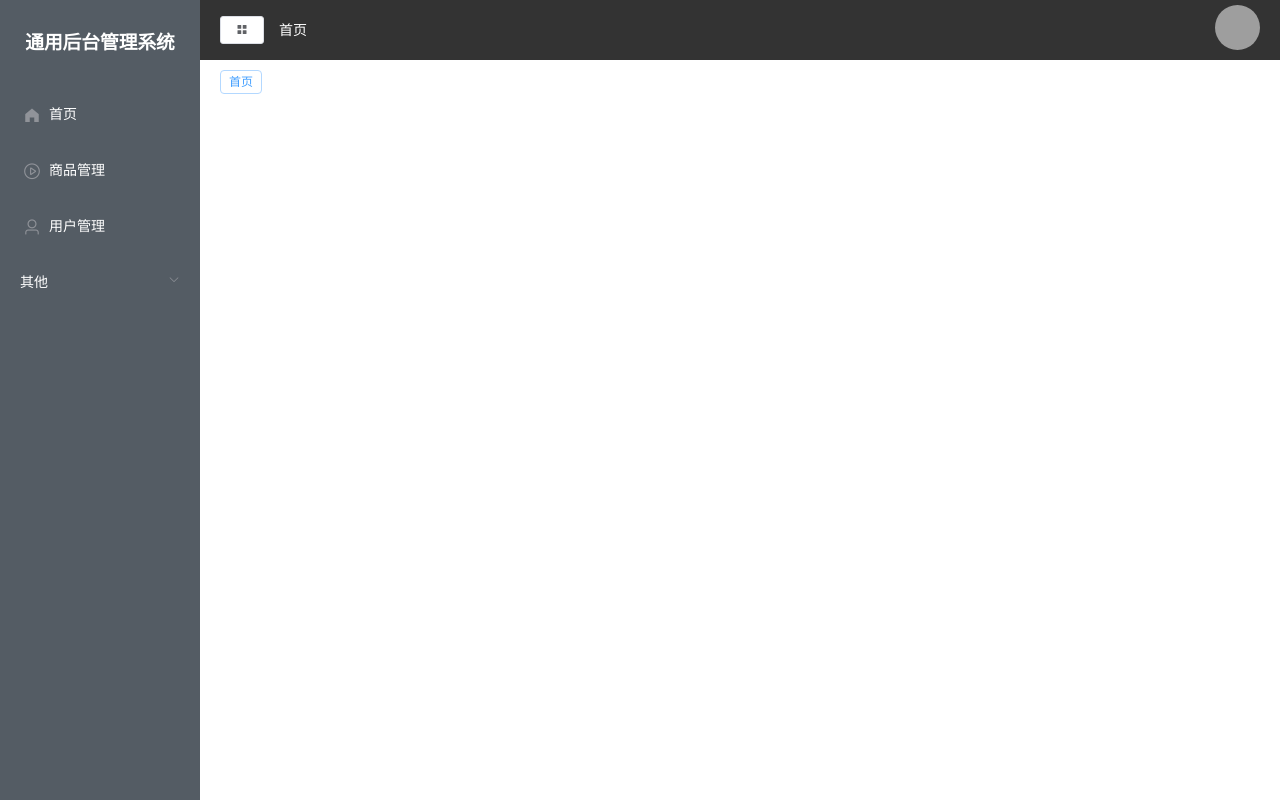
Repository: zhangwen001208/cmd
Page: /user
An editor plug-in stored every save of this project. The page is shown before and after the next save, followed by the edit.
The browser window is 1280 px wide. The pictures show the whole page.
Pictures or frames that could not be fetched are drawn as grey boxes. The project was rebuilt for these pictures with package versions that can differ from the ones it lists, and the page was loaded fresh each time. Also part of the build but not shown: vue.config.js.

Above is the page before, as saved 2022-08-31 10:06:59.

After the next save:
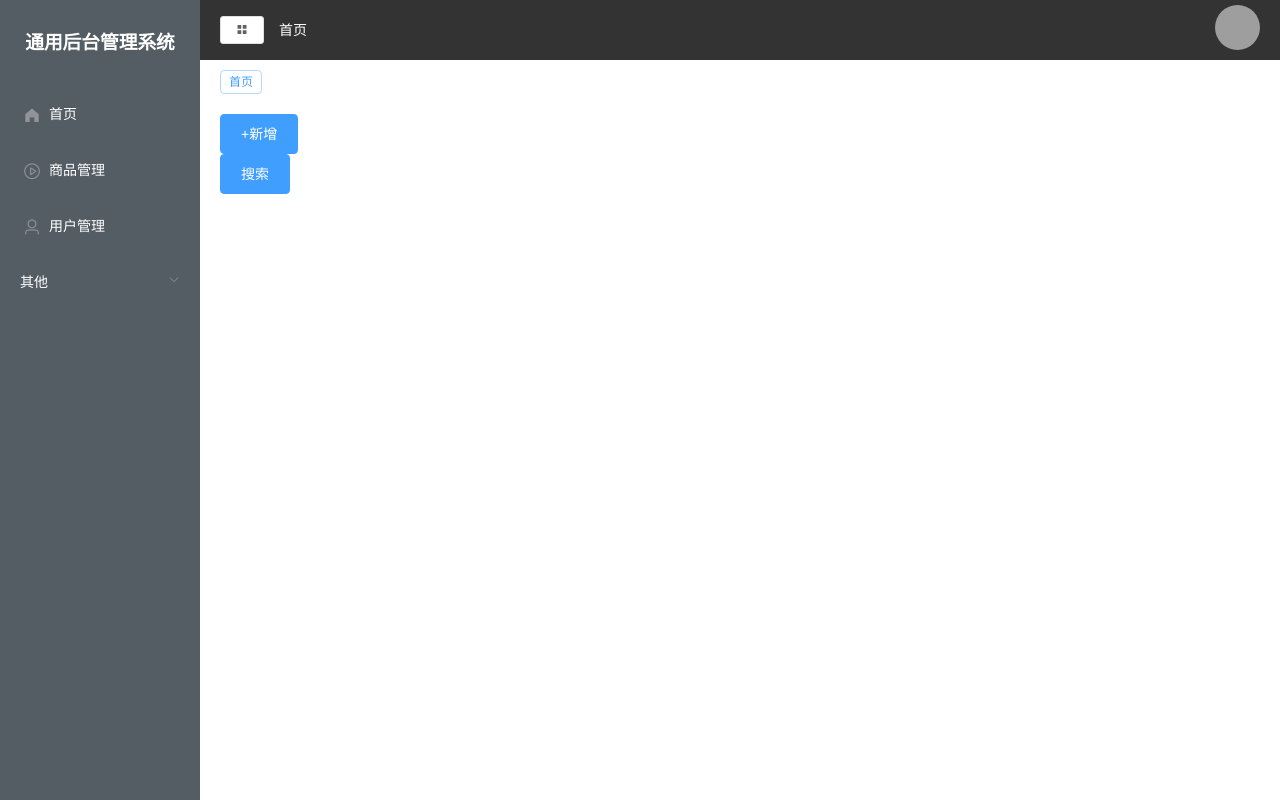
Saved 19 min 59 s later.
--- a/src/views/user/user.vue
+++ b/src/views/user/user.vue
@@ -1,13 +1,117 @@
 <!-- eslint-disable vue/multi-word-component-names -->
 <template>
     <div class="manage">
+        <el-dialog
+         :title="operateType === 'add' ? '新增用户': '更新用户'"
+        :visible.sync= 'isShow'>
+        <common-form
+        :FormLabel="opertateFormLabel"
+        :form="operateform"
+        :inline="true"
+        ref="form">
+        </common-form>
+        <div slot="footer" class="dialog-fotter">
+            <el-button @click="isShow = false">取消</el-button>
+            <el-button type="primary" @click="confirm">确定</el-button>
+        </div>
+        </el-dialog>
+        <div class="mange-header">
+            <el-button type="primary" @click="addUser">+新增</el-button>
+            <common-form
+            :FormLabel="formLabel"
+            :form="searchFrom"
+            :inline="true"
+            ref="form"
+            >
+            <el-button type="primary" @click="getList">搜索</el-button>
+            </common-form>
+
+        </div>
 
 
     </div>
 </template>
 
 <script>
+import commonForm from '../../components/commonForm.vue'
     export default {
+        components: {
+            commonForm
+        },
+        data() {
+            return {
+                operateType: 'add',
+                isShow: false,
+                opertateFormLabel: [
+                    {
+                        model: 'name',
+                        label: '姓名',
+                        type: 'input'
+                    },
+                    {
+                        model: 'age',
+                        label: '年龄',
+                        type: 'input'
+                    },
+                    {
+                        model: 'sex',
+                        label: '性别',
+                        type: 'select',
+                        opts: [
+                            {
+                                label: '男',
+                                value: 1
+                            },
+                            {
+                                label: '女',
+                                value: 0
+
+                                    }
+                                ]
+                            },
+                            {
+                                model: 'birth',
+                                label: '出生日期',
+                                type: 'date'
+                            },
+                            {
+                                model: 'addr',
+                                label: '地址',
+                                type: 'input'
+                            }
+
+                ],
+                operateform: {
+                    name: '',
+                    addr: '',
+                    age: '',
+                    birth: '',
+                    sex: ''
+                },
+                formLabel: [
+                        {
+                            model: 'keyword',
+                            label: '',
+                            type: 'input'
+                        }
+                ],
+                searchFrom: {
+                        keyword: ''
+                    }
+             }
+        },
+        methods: {
+            confirm() {
+
+            },
+            addUser() {
+
+            },
+            getList() {
+
+            }
+
+        }
 
     }
 </script>
